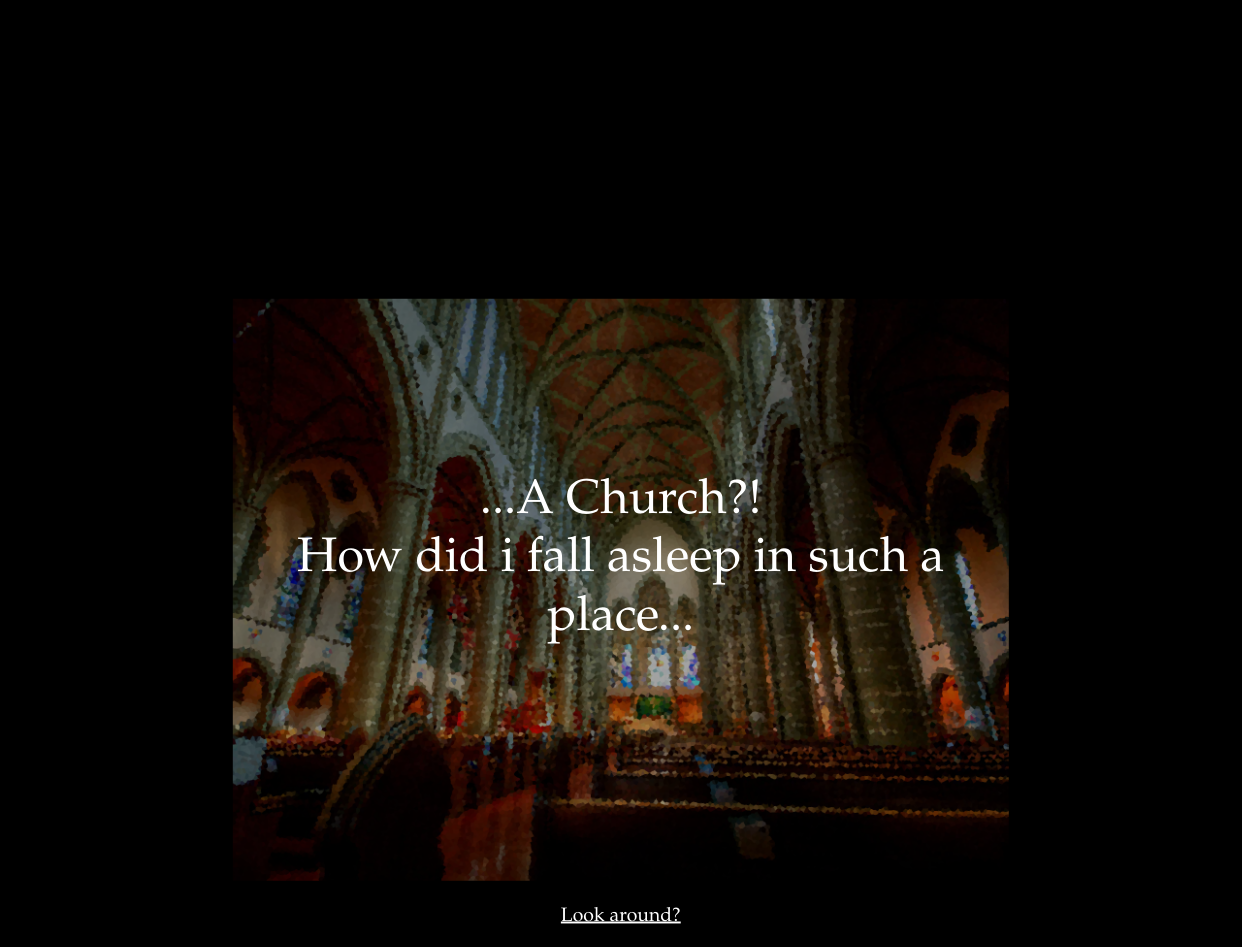
Repository: yiy225/yiy225.github.io
Page: final/page3.html
The author's editor kept a record of every edit. The page is drawn from the files as they stood at one moment, then again after the next edit.
The browser window is 1280 px wide. The pictures show the whole page, at 97% of full size.

Above is the page before.

### final/page3.html
<!DOCTYPE html>
<html>
   <head>
        <title>The Dance of Death</title>
        <link href="styles 3.css" rel="stylesheet">
    </head>
    <body>
     <div class= div1></div>

     <div class= div2>
         <br>
         <br>
         <br>
         ...A Church?!
         <br>
         How did i fall asleep in such a place...</div>

     <a href="page4">Look around?</a>

    </body>
</html>

### final/styles 3.css
body {
    background-color: black;
    font-size: 50px;
    font-family: Garamond, serif;
    text-align: center;
    color: white;
}


.div1 {
    margin: 0px auto;
    width: 300px;
    height: 300px ;
    text-align: center;
    margin-left: auto;
    margin-right: auto;

}

.div2 {
    background-image: url(church1.png);
    height: 600px;
    width: 800px;
    z-index: 100;
    margin-left: auto;
    margin-right: auto;

}

.c1{
    position: relative;
    margin-left:auto;
    margin-right:auto;
}

a:link {
    color: white;
    font-size: 20px;
}

a:hover {
    color: white;
    font-size: 20px;
}

a:active {
	color: white;
	font-size: 20px;
}

a:visited {
	color: white;
	font-size: 20px;
}

After the next edit:
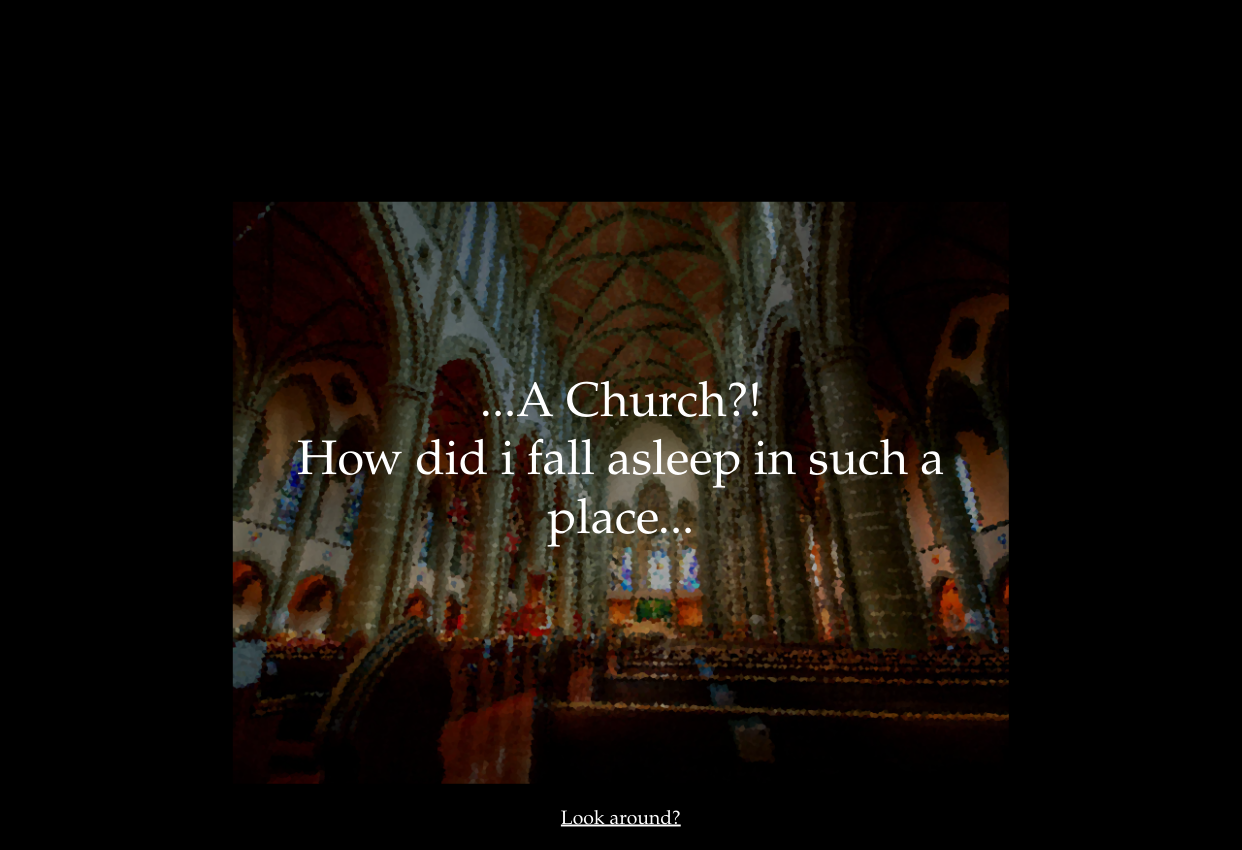
The edit:
--- a/final/styles 3.css
+++ b/final/styles 3.css
@@ -9,8 +9,8 @@
 
 .div1 {
     margin: 0px auto;
-    width: 300px;
-    height: 300px ;
+    width: 200px;
+    height: 200px ;
     text-align: center;
     margin-left: auto;
     margin-right: auto;
